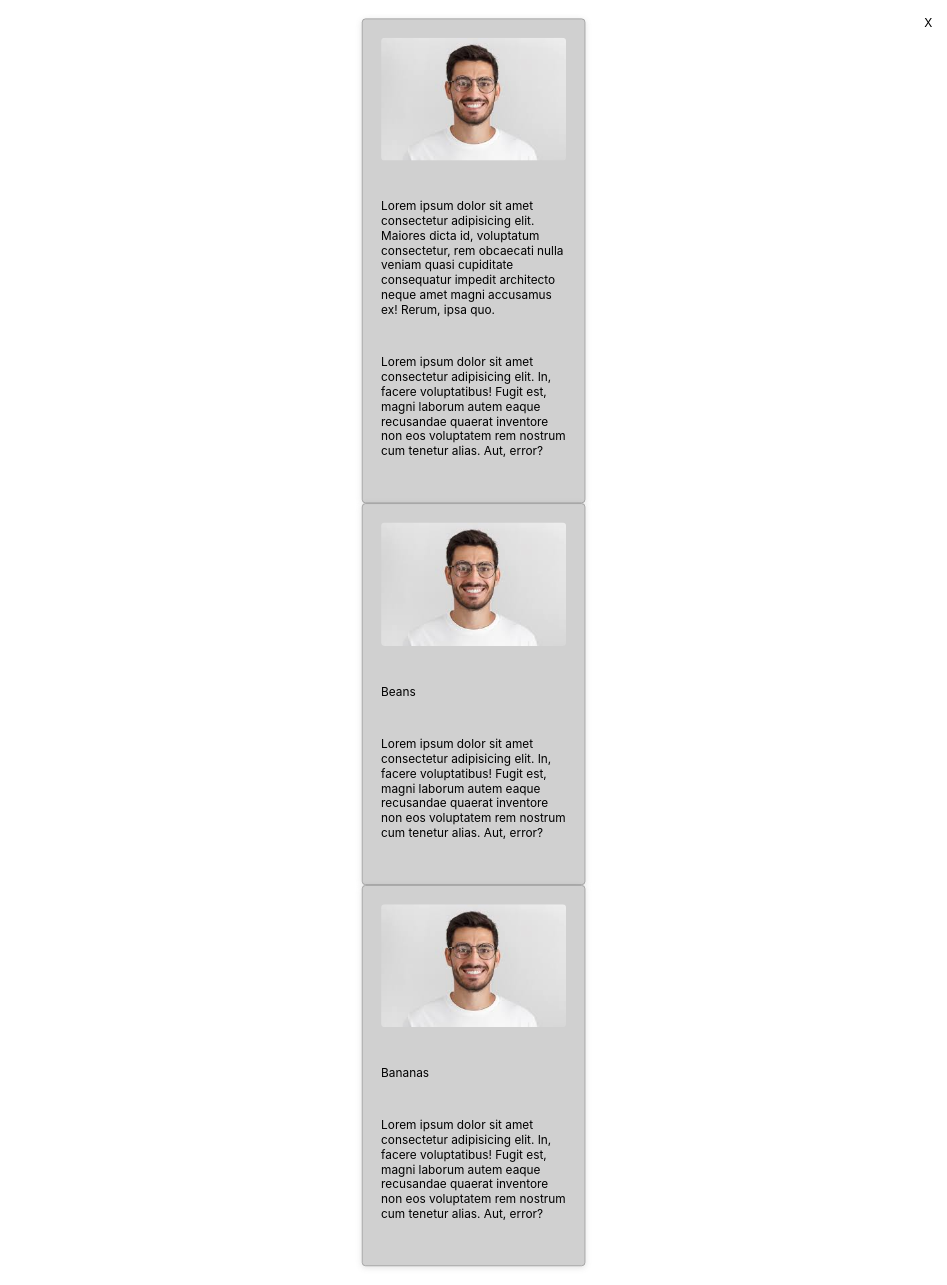
Repository: mikelnorth/team-profile-demo
Page: /
An editor plug-in stored every save of this project. The page is shown before and after the next save, followed by the edit.
The browser window is 1280 px wide. The pictures show the whole page, at 74% of full size.
The project was rebuilt for these pictures with package versions that can differ from the ones it lists, and the page was loaded fresh each time. Also part of the build but not shown: src/App.scss.

Above is the page before, as saved 2022-05-19 20:17:52.

### src/index.js
import React from 'react';
import ReactDOM from 'react-dom/client';
import { BrowserRouter, Routes, Route } from 'react-router-dom';
import './index.css';
import App from './App';
import reportWebVitals from './reportWebVitals';
import Layout from './Layout/Layout'

const root = ReactDOM.createRoot(document.getElementById('root'));
root.render(
  <React.StrictMode>
    <BrowserRouter>
      <Routes>
        <Route element={<Layout />}>
          <Route path="/" element={<App />}/>
          <Route path="/person/:id" element={<person />}/>
        </Route>
      </Routes>
    </BrowserRouter>
  </React.StrictMode>
);

// If you want to start measuring performance in your app, pass a function
// to log results (for example: reportWebVitals(console.log))
// or send to an analytics endpoint. Learn more: https://bit.ly/CRA-vitals
reportWebVitals();

### src/App.js
import { useState } from 'react';
import './App.scss';
import Card from './components/Card';
import { getPeople } from './api/person.js';
import React from 'react';
import { Link } from 'react-router-dom';

function App() {

  const [people] = useState(getPeople());

  return (
    <div className="App">

        {people.map((person) => {
          return <Card person={person}></Card>
        })}

    </div>
  );
}

export default App;

### src/Layout/Layout.js
import React from 'react'
import './Layout.scss'
import { Outlet } from 'react-router'


export default function Layout() {
  return (
    <>
      <nav className="nav">X</nav>
      <main>
        <Outlet />
      </main>
    </>
  )
}

### src/components/Card.js
import headshot from "../assets/images/stock-head.jpeg";
import './Card.scss';

export default function Card({person}) {
  const {id, image, text} = person;

  return (
    <section className="card" key={id}>
      <img src={image} alt="headshot" />
      <p>
        {text}
      </p>
      <p>
        Lorem ipsum dolor sit amet consectetur adipisicing elit. In, facere
        voluptatibus! Fugit est, magni laborum autem eaque recusandae quaerat
        inventore non eos voluptatem rem nostrum cum tenetur alias. Aut, error?
      </p>
    </section>
  );
}

### src/api/person.js
import headshot from "../assets/images/stock-head.jpeg"

export function getPeople() {
  return [
    {
      id: 1,
      image: headshot,
      text: "Lorem ipsum dolor sit amet consectetur adipisicing elit. Maiores dicta id, voluptatum consectetur, rem obcaecati nulla veniam quasi cupiditate consequatur impedit architecto neque amet magni accusamus ex! Rerum, ipsa quo."
    },
    {
      id: 2,
      image: headshot,
      text: "Beans"
    },
    {
      id: 3,
      image: headshot,
      text: "Bananas"
    }
  ];
}

### src/Layout/Layout.scss
nav {
  position: absolute;
  top: 20px;
  right: 20px;
}

main {
  display: flex;
  justify-content: space-around;
  max-width: 1200px;
  margin: auto;
  padding: 25px;
}

### src/components/Card.scss
.card {
  display: flex;
  flex-direction: column;
  width: 250px;
  padding: 25px;
  background-color: #d0d0d0;
  border: 1px solid #969696;
  border-radius: 5px;
  box-shadow: rgba(99, 99, 99, 0.2) 0px 2px 8px 0px;

  img {
    border-radius: 5px;
  }

  p, img {
    margin-bottom: 35px;
  }
}

Loaded but not shown: public/index.html (common file); src/index.css (common file); src/reportWebVitals.js (common file)

After the next save:
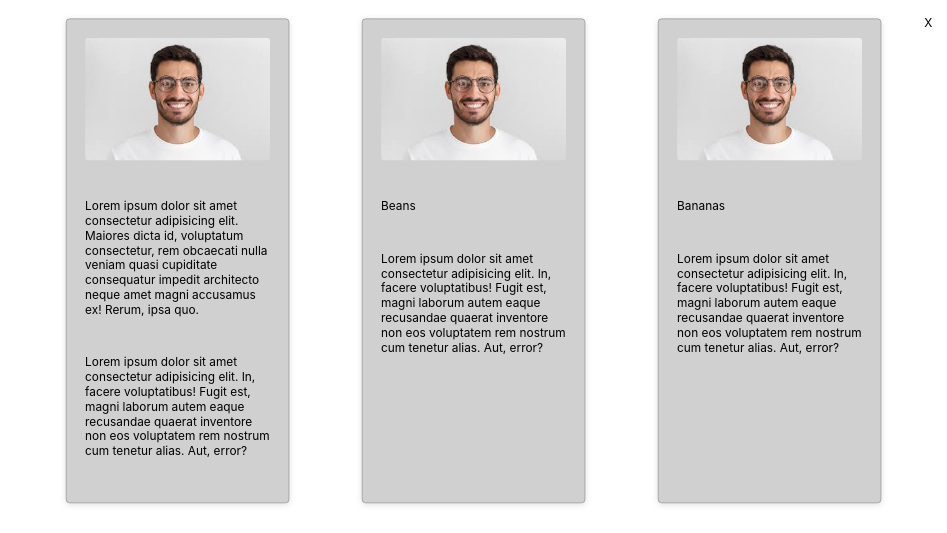
Saved 1 s later.
--- a/src/App.js
+++ b/src/App.js
@@ -5,19 +5,19 @@ import { getPeople } from './api/person.js';
 import React from 'react';
 import { Link } from 'react-router-dom';
 
-function App() {
+function People() {
 
   const [people] = useState(getPeople());
 
   return (
-    <div className="App">
+    <>
 
         {people.map((person) => {
           return <Card person={person}></Card>
         })}
 
-    </div>
+    </>
   );
 }
 
-export default App;
+export default People;
